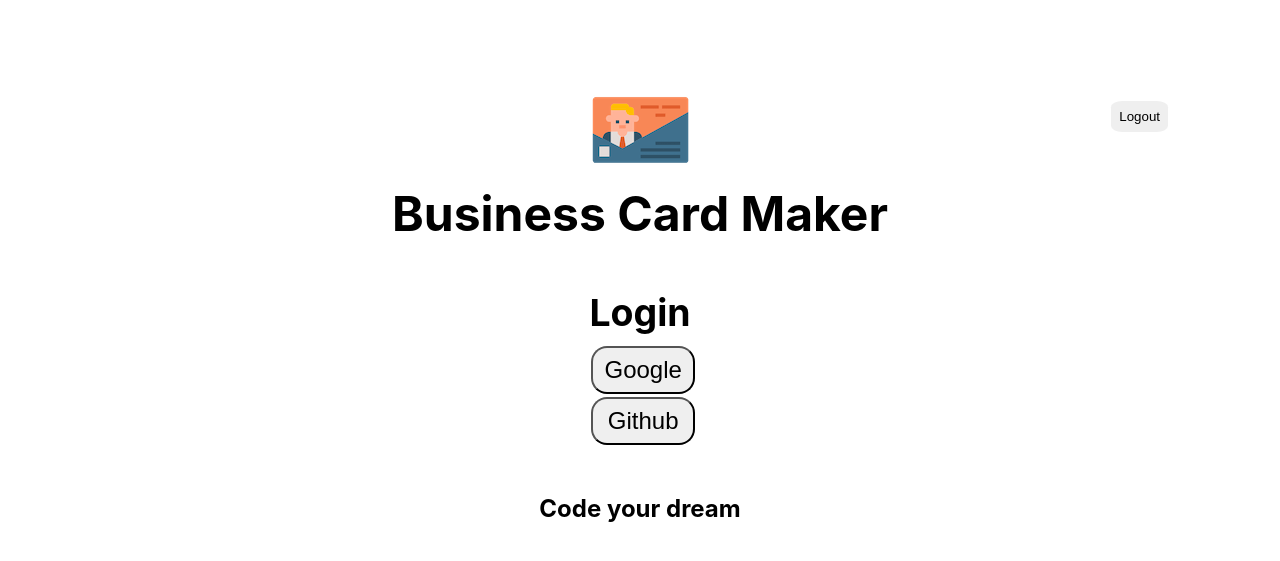
Repository: gomgomigom/firebase_practice_card_maker
Page: /
These files come from the project's save history. The page is drawn as it stood at one moment and after a run of saves; the edit follows.
The browser window is 1280 px wide. The pictures show the whole page.
The page's requests for data from a server got no answer. The project was rebuilt for these pictures with package versions that can differ from the ones it lists, and the page was loaded fresh each time. No one was signed in, and anything a server would have sent is missing. Also part of the build but not shown: src/app.css.

Above is the page before, as saved 2022-01-21 14:24:12.

After the next 2 saves:
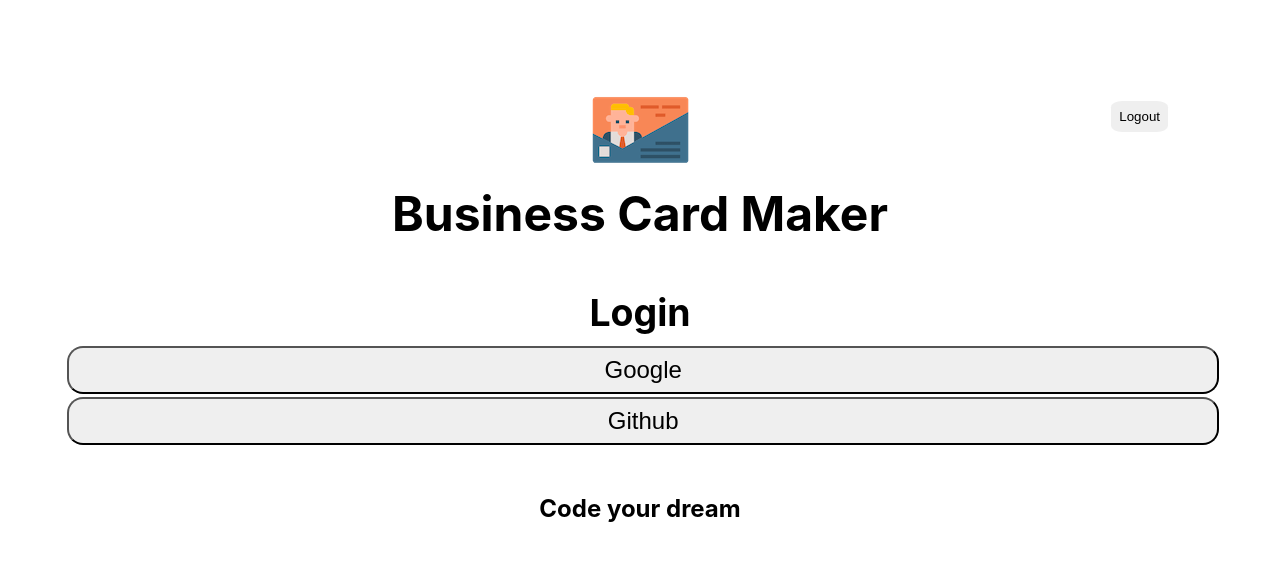
The 2 saves are shown as one change because they came seconds apart.
The last was saved 13 s later.
--- a/src/components/login/login.module.css
+++ b/src/components/login/login.module.css
@@ -22,12 +22,12 @@
 }
 
 li {
-  width: 100%;
   list-style: none;
   display: block;
 }
 
 ul {
+  width: 100%;
   margin: 0;
   padding: 0;
 }
